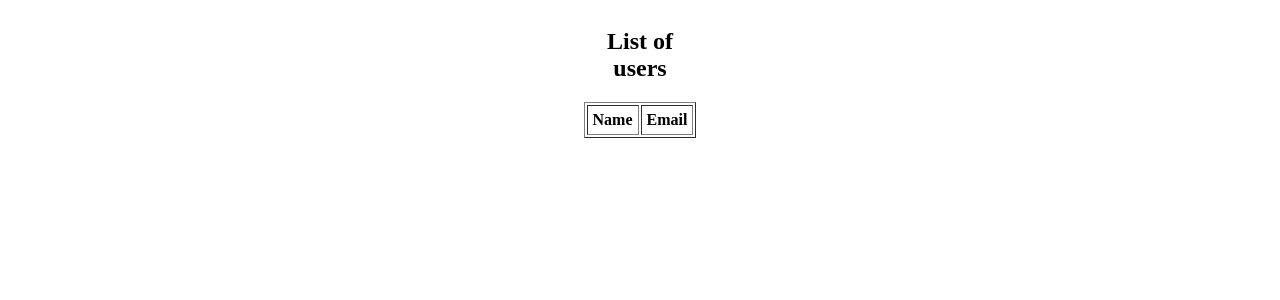
Repository: deekshasethi02/CoreJava
Page: http://localhost/JNDIConnectionPoolingDemoApp/userlist.jsp
These files come from the project's save history. The page is drawn as it stood at one moment and after the next save; the edit follows.
The browser window is 1280 px wide. The pictures show the whole page.
The page is served by Tomcat 9. Other server files are loaded and not shown. Queries for data that is not in the repository find no rows.

Above is the page before, as saved 2018-11-05 07:01:05.

### JNDIConnectionPoolingDemoApp/WebContent/userlist.jsp
<%@ taglib uri="http://java.sun.com/jsp/jstl/sql" prefix="sql"%>
<%@ taglib uri="http://java.sun.com/jsp/jstl/core" prefix="c"%>
<%@ page language="java" contentType="text/html; charset=ISO-8859-1"
	pageEncoding="ISO-8859-1"%>
<sql:query var="listUsers" dataSource="jdbc/mydb1">
    select username,email from users;
    </sql:query>
<!DOCTYPE html PUBLIC "-//W3C//DTD HTML 4.01 Transitional//EN" "http://www.w3.org/TR/html4/loose.dtd">
<html>
<head>
<meta http-equiv="Content-Type" content="text/html; charset=ISO-8859-1">
<title>Insert title here</title>
</head>
<body>
	<div align="center">
		<table border="1" cellpadding="5">
			<caption>
				<h2>List of users</h2>
			</caption>
			<tr>
				<th>Name</th>
				<th>Email</th>
			</tr>
			<c:forEach var="user" items="${listUsers.rows}">
				<tr>
					<td><c:out value="${user.username}"></c:out></td>
					<td><c:out value="${user.email}"></c:out></td>
			</c:forEach>
		</table>
	</div>
</body>
</html>

After the next save:
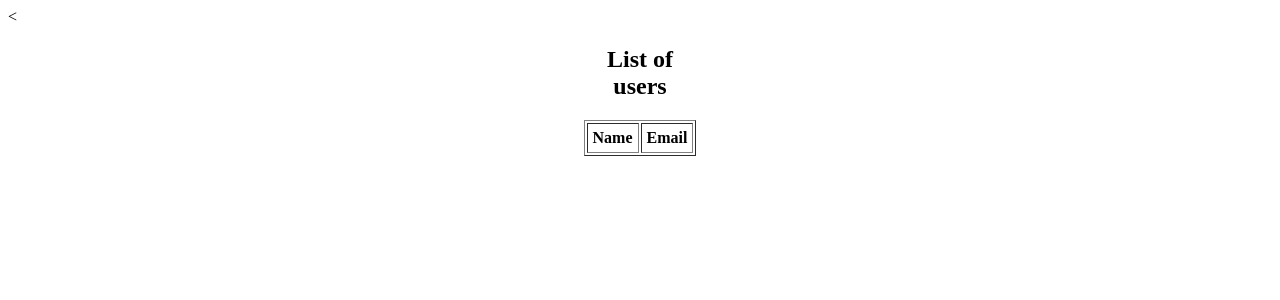
Saved 11 min 16 s later.
--- a/JNDIConnectionPoolingDemoApp/WebContent/userlist.jsp
+++ b/JNDIConnectionPoolingDemoApp/WebContent/userlist.jsp
@@ -2,7 +2,7 @@
 <%@ taglib uri="http://java.sun.com/jsp/jstl/core" prefix="c"%>
 <%@ page language="java" contentType="text/html; charset=ISO-8859-1"
 	pageEncoding="ISO-8859-1"%>
-<sql:query var="listUsers" dataSource="jdbc/mydb1">
+<<sql:query var="listUsers" dataSource="jdbc/mydb1">
     select username,email from users;
     </sql:query>
 <!DOCTYPE html PUBLIC "-//W3C//DTD HTML 4.01 Transitional//EN" "http://www.w3.org/TR/html4/loose.dtd">
